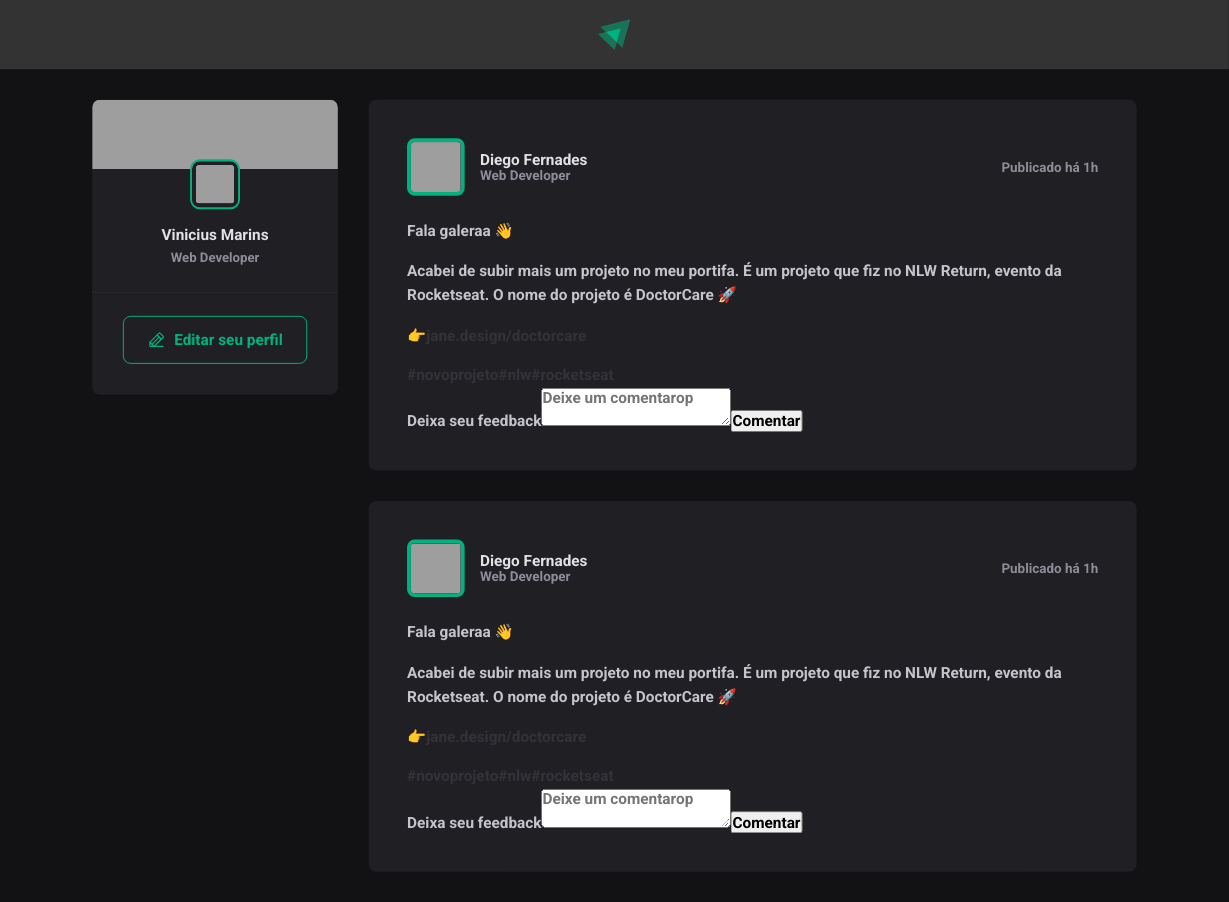
Repository: viniimartins/reactFundamentosRocketseat
Page: /
An editor plug-in stored every save of this project. The page is shown before and after the next save, followed by the edit.
The browser window is 1280 px wide. The pictures show the whole page, at 96% of full size.
Pictures or frames that could not be fetched are drawn as grey boxes. The project was rebuilt for these pictures with package versions that can differ from the ones it lists, and the page was loaded fresh each time. Also part of the build but not shown: vite.config.js.

Above is the page before, as saved 2023-04-29 23:00:49.

### index.html
<!DOCTYPE html>
<html lang="en">
  <head>
    <meta charset="UTF-8" />

    <link rel="preconnect" href="https://fonts.googleapis.com">
    <link rel="preconnect" href="https://fonts.gstatic.com" crossorigin>

    <link rel="icon" type="image/svg+xml" href="/vite.svg" />
    <meta name="viewport" content="width=device-width, initial-scale=1.0" />


    <link href="https://fonts.googleapis.com/css2?family=Montserrat&family=Roboto:wght@700&display=swap" rel="stylesheet">


    <title>Vite + React</title>
  </head>
  <body>
    <div id="root"></div>
    <script type="module" src="/src/main.jsx"></script>
  </body>
</html>

### src/App.jsx
import { Header } from './Components/Header'
import { Post } from './Components/Post'

import './global.css'


import styles from './App.module.css'
import { Sidebar } from './Components/Sidebar'

function App() {
  return (
    <>
      <div>
        <Header />


        <div className={styles.wrapper}>
          <Sidebar />
          <main>
            <Post
              author="Gabriel"
              content="Lorem ipsum dolor sit amet consectetur adipisicing elit. Asperiores aut, accusamus quasi hic earum blanditiis adipisci reiciendis enim eaque facilis doloribus, iusto incidunt! Aliquid ut debitis temporibus eius placeat autem!"
            />
            <Post
              author="Gabriel"
              content="Lorem ipsum dolor sit amet consectetur adipisicing elit. Asperiores aut, accusamus quasi hic earum blanditiis adipisci reiciendis enim eaque facilis doloribus, iusto incidunt! Aliquid ut debitis temporibus eius placeat autem!"
            />
          </main>
        </div>
      </div>

    </>
  )

}

export default App

### src/Components/Header.jsx
import styles from './Header.module.css';
import igniteLogo from '../assets/ignite-logo.svg'

export function Header() {
    return (
        <header className={styles.header}>
            <img src={igniteLogo}></img>
        </header>
    );
}

### src/Components/Post.jsx
import styles from './Post.module.css'

export function Post() {
    return (
        <article className={styles.post}>
            <header>
                <div className={styles.author}>
                    <img className={styles.avatar} src="https://avatars.githubusercontent.com/u/84347013?v=4" />
                    <div className={styles.authorInfo}>
                        <strong>Diego Fernades</strong>
                        <span>Web Developer</span>
                    </div>
                </div>
                <time title="11 de Maio ás 08:13" dateTime="2022-05-11 08:13:30">Publicado há 1h</time>
            </header>


            <div className={styles.content}>
                <p> Fala galeraa 👋</p>
                <p>Acabei de subir mais um projeto no meu portifa. É um projeto que fiz no NLW Return, evento da Rocketseat. O nome do projeto é DoctorCare 🚀</p>
                <p>👉<a href="">jane.design/doctorcare</a></p>
                <p>
                    <a href="">#novoprojeto</a>{''}
                    <a href="">#nlw</a>{''}
                    <a href="">#rocketseat</a>
                </p>
            </div>

            <form className={styles.commentForm}>
                <strong>Deixa seu feedback</strong>

                <textarea

                    placeholder='Deixe um comentarop'

                />

                <button type="submit">Comentar</button>
            </form>
        </article>
    )
}

### src/global.css
:root {
  --white: #fff;

  --gray-100: #e1e1e6;
  --gray-300: #c4c4cc;
  --gray-400: #8d8d99;
  --gray-500: #323238;
  --gray-700: #29292e;
  --gray-800: #202024;
  --gray-900: #121214;

  --green-500: #00b37e;
  --green-300: #00875f;
}

* {
  margin: 0;
  padding: 0;
  box-sizing: border-box;
}

body {
  background: var(--gray-900);
  color: var(--gray-300);
  -webkit-font-smoothing: antialiased;
}

body,
input,
textarea,
button {
  font-family: "Roboto", sans-serif;
  font-weight: 400;
  font-size: 1rem;
}

### src/Components/Sidebar.jsx
import { PencilLine } from "phosphor-react";

import styles from './Sidebar.module.css'

export function Sidebar() {
    return (
        <aside className={styles.sidebar}>
            <img
                className={styles.cover}
                src="https://images.unsplash.com/photo-1587620962725-abab7fe55159?ixlib=rb-4.0.3&ixid=MnwxMjA3fDB8MHxwaG90by1wYWdlfHx8fGVufDB8fHx8&auto=format&fit=crop&w=500&q=50"
            />
            <div className={styles.profile}>
                <img
                    className={styles.avatar}
                    src="https://avatars.githubusercontent.com/u/84347013?v=4"
                />
                <strong>Vinicius Marins</strong>
                <span>Web Developer</span>
            </div>

            <footer>
                <a href="#">
                    <PencilLine size={20} />
                    Editar seu perfil</a>
            </footer>
        </aside>
    )
}

### src/Components/Header.module.css
.header {
    background: #333;
    display: flex;
    justify-content: center;
    padding: 1.25rem 0
}

.header img {
    height: 2rem;
}

### src/Components/Post.module.css
.post {
  background: var(--gray-800);
  border-radius: 8px;
  padding: 2.5rem;
}

.post + .post {
  margin-top: 2rem;
}

.content {
  line-height: 1.6;
  color: var(--gray-300);
  margin-top: 1.5rem;
}

.content p {
  margin-top: 1rem;
}

.content a {
  font-weight: bold;
  color: var(--gray-500);
  text-decoration: none;
}

.content a:hover {
  color: var(--gray-300);
}

.post > header {
  display: flex;
  align-items: center;
  justify-content: space-between;
}

.post > header time {
  font-size: 0.875rem;
  color: var(--gray-400);
}

.author {
  display: flex;
  align-items: center;
  gap: 1rem;
}

.author img {
  width: calc(3rem + 12px);
  height: calc(3rem + 12px);
  border-radius: 8px;
  border: 4px solid var(--gray-800);
  border: 4px solid var(--green-500);
}

.authorInfo strong {
  display: block;
  color: var(--gray-100);
  line-height: 1;
}

.authorInfo span {
  display: block;
  font-size: 0.875rem;
  color: var(--gray-400);
  line-height: 1;
}

.commentForm {
  width: 100%;
}

### src/Components/Sidebar.module.css
.sidebar {
  background: var(--gray-800);
  border-radius: 8px;
  overflow: hidden;
}

.cover {
  width: 100%;
  height: 72px;
  object-fit: cover;
}

.profile {
  display: flex;
  flex-direction: column;
  align-items: center;

  margin-top: calc(0px - 1.5rem - 6px);
}

.profile strong {
  margin-top: 1rem;
  color: var(--gray-100);
  line-height: 1.6;
}

.profile span {
  font-size: 0.857rem;
  color: var(--gray-400);
  line-height: 1.6;
}

.avatar {
  width: 3rem;
  height: 3rem;
  border-radius: 8px;
  border: 4px solid var(--gray-800);
  outline: 2px solid var(--green-500);

  margin-top: calc(1.5rem - 6px);
}

.sidebar footer {
  border-top: 1px solid var(--gray-700);
  margin-top: 1.5rem;
  padding: 1.5rem 2rem 2rem;
}

.sidebar footer a {
  background: transparent;
  color: var(--green-500);
  border: 1px solid var(--green-500);
  border-radius: 8px;
  height: 50px;
  padding: 0 1.5rem;
  font-weight: bold;
  display: block;
  text-decoration: none;

  display: flex;
  align-items: center;
  justify-content: center;

  gap: 0.5rem;

  transition: color 0.1s, background-color 0.1s;
}

.sidebar footer a:hover {
  background: var(--green-500);
  color: var(--white);
}

Loaded but not shown: src/main.jsx (common file); src/App.module.css (common file)

After the next save:
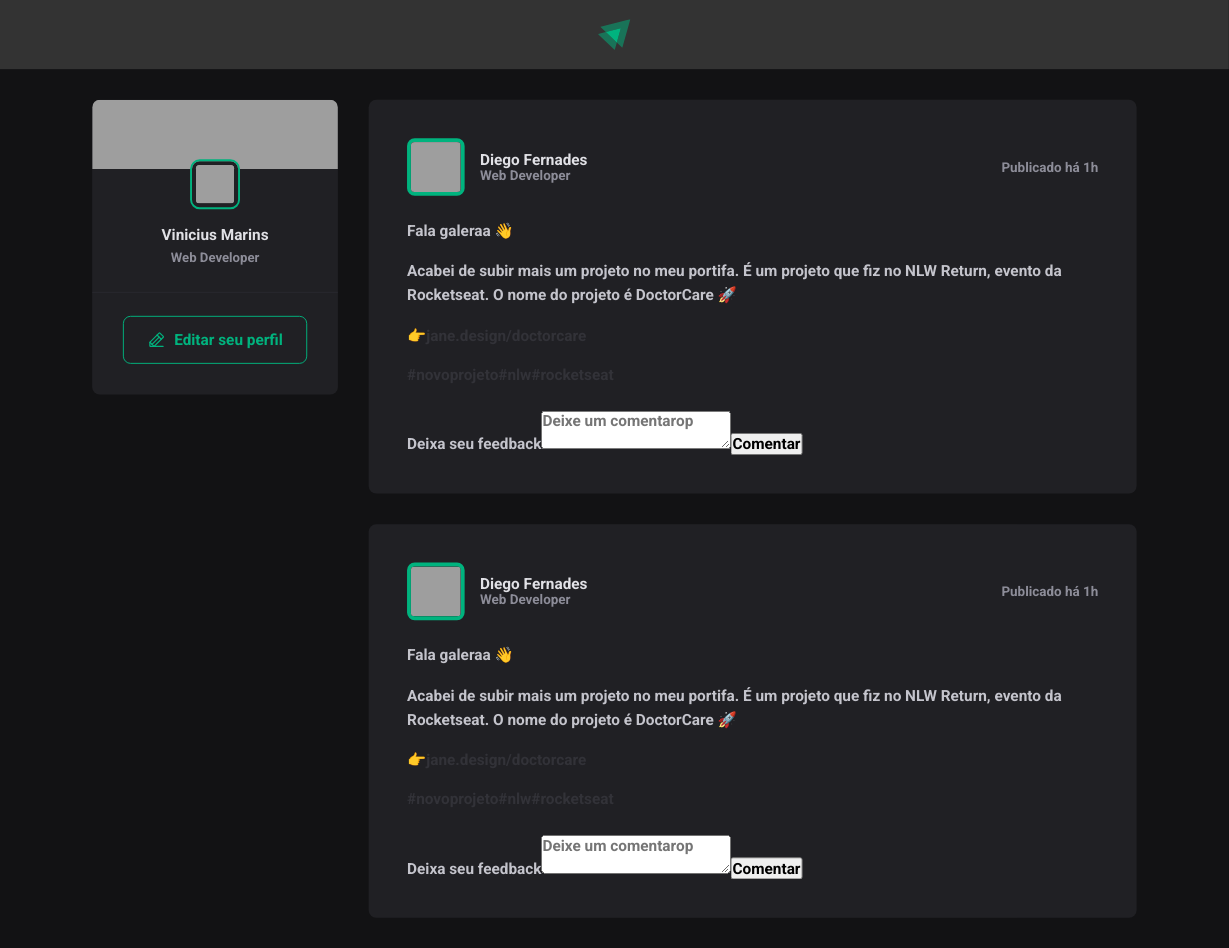
Saved 23 s later.
--- a/src/Components/Post.module.css
+++ b/src/Components/Post.module.css
@@ -68,4 +68,5 @@
 
 .commentForm {
   width: 100%;
+  margin-top: 1.5rem;
 }
